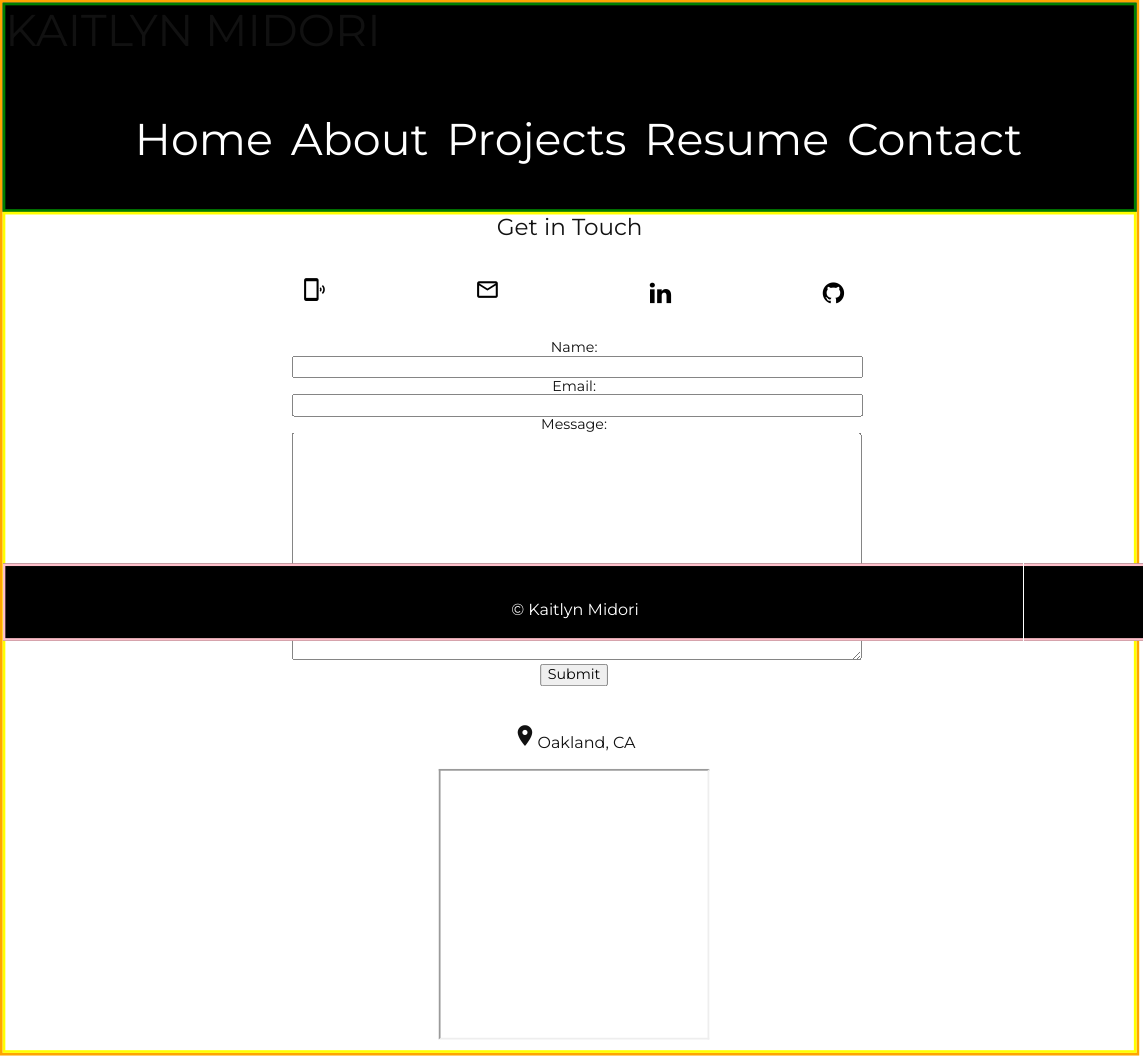
Repository: kaitlynMidori/anon_ink
Page: pages/Contact.html
An editor plug-in stored every save of this project. The page is shown before and after the next save, followed by the edit.
The browser window is 1280 px wide. The page is 1284 px wide, so the pictures cover 1284 px, including what lies to the right of the window. The pictures show the whole page, at 89% of full size.
Pictures or frames that could not be fetched are drawn as grey boxes. Some web libraries are served in a nearby version.

Above is the page before, as saved 2021-09-05 16:56:32.

After the next save:
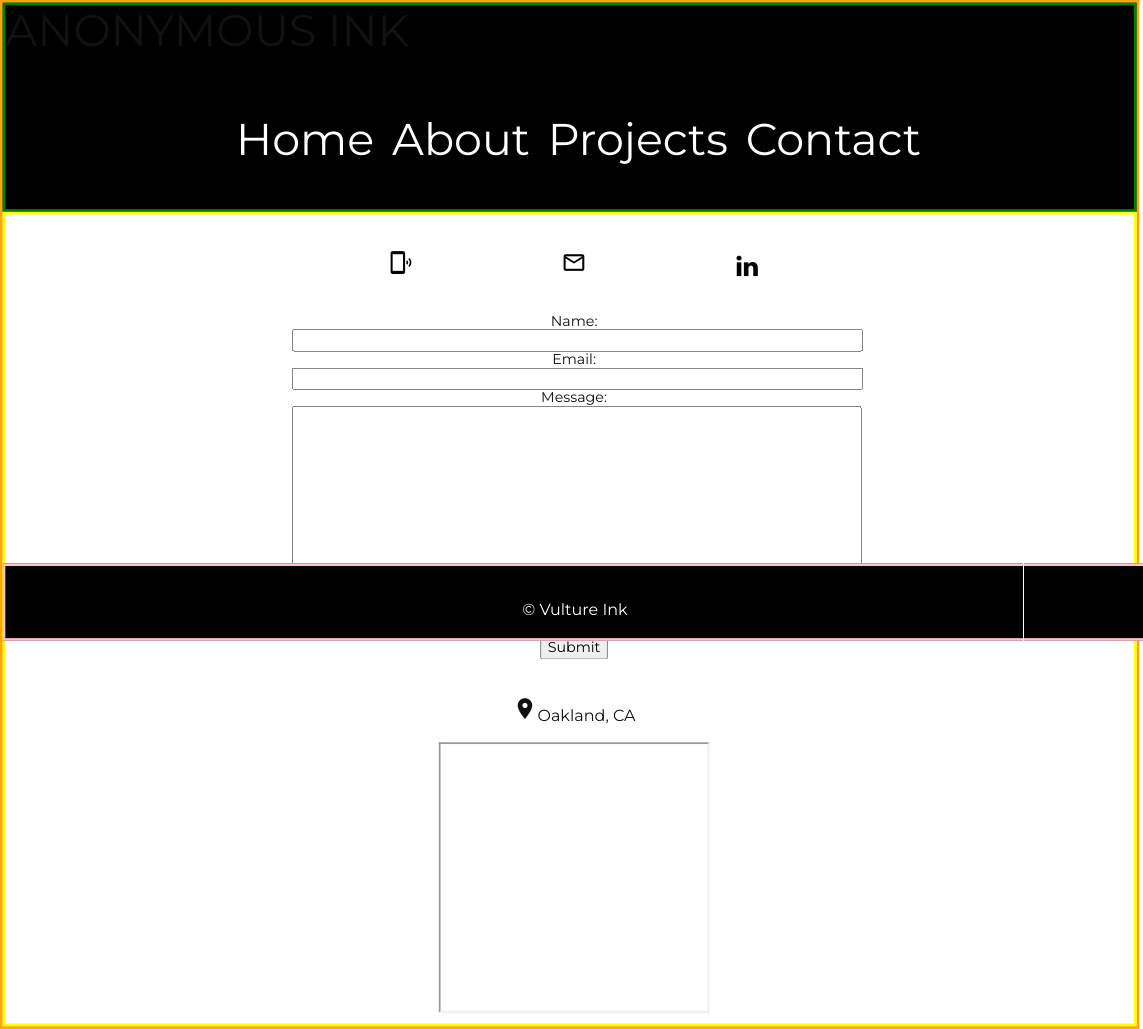
Saved 41 s later.
--- a/pages/Contact.html
+++ b/pages/Contact.html
@@ -12,13 +12,13 @@
 <body>
 
     <header>
-        <div class="logo">KAITLYN MIDORI</div>
+        <div class="logo">ANONYMOUS INK</div>
         <nav>
           <ul id="menu">
             <li><a href="/index.html">Home</a></li>
             <li><a href="/Pages/About.html">About</a></li>
             <li><a href="/Pages/Projects.html">Projects</a></li>
-            <li><a href="/Pages/Resume.html">Resume</a></li>
+            <!-- <li><a href="/Pages/Resume.html">Resume</a></li> -->
             <li><a href="/Pages/Contact.html">Contact</a></li>
           </ul>
         </nav>
@@ -28,17 +28,17 @@
 <!-- Contact -->
 
     <section>
-      <h2>Get in Touch</h2>
+      <!-- <h2>Get in Touch</h2> -->
       <div class="contact-container">
 
         <div class="contact-bar">
-          <a href="tel:415-509-6490"><i class="material-icons" style="font-size:28px">phonelink_ring</i></a>
+          <a href="tel:111-111-1111"><i class="material-icons" style="font-size:28px">phonelink_ring</i></a>
 
-          <a href="mailto:kaitlynmidori@gmail.com "><i class="material-icons" style="font-size:28px">mail_outline </i> </a>
+          <a href="mailto:vultureink@gmail.com "><i class="material-icons" style="font-size:28px">mail_outline </i> </a>
 
-          <a href="http://www.linkedin.com/in/kaitlyn-midori" target="_blank"><i class="fa fa-linkedin" style="font-size:28px"></i></a>
+          <a href="http://www.linkedin.com/in/" target="_blank"><i class="fa fa-linkedin" style="font-size:28px"></i></a>
 
-          <a href="https://www.github.com/kaitlynMidori"><i class="fa fa-github" style="font-size:28px"></i></a>
+          <!-- <a href="https://www.github.com/kaitlynMidori"><i class="fa fa-github" style="font-size:28px"></i></a> -->
         </div>
 
         <div class="contact-form">
@@ -62,7 +62,7 @@
   </main>
 
   <footer>
-    <p>© Kaitlyn Midori</p>
+    <p>© Vulture Ink</p>
   </footer>
   <script
       src="https://code.jquery.com/jquery-3.2.1.min.js"
